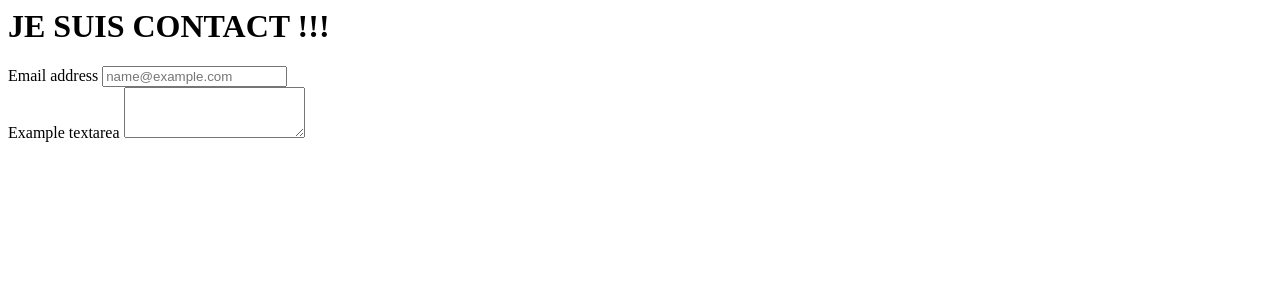
Repository: fabiocodedev/ExoJ2E
Page: http://localhost/j2e/vue/contact.jsp
An editor plug-in stored every save of this project. The page is shown before and after the next save, followed by the edit.
The browser window is 1280 px wide. The pictures show the whole page.
The page is served by Tomcat 9. Other server files are loaded and not shown.

Above is the page before, as saved 2023-03-07 13:08:50.

### j2e/src/main/webapp/vue/contact.jsp

<c:import url="navbar/header.jsp"></c:import>

<div class="container">
	<h1>JE SUIS CONTACT !!!</h1>
</div>
<div class="mb-3">
  <label for="exampleFormControlInput1" class="form-label">Email address</label>
  <input type="email" class="form-control" id="exampleFormControlInput1" placeholder="name@example.com">
</div>
<div class="mb-3">
  <label for="exampleFormControlTextarea1" class="form-label">Example textarea</label>
  <textarea class="form-control" id="exampleFormControlTextarea1" rows="3"></textarea>
</div>

<c:import url="navbar/footer.jsp"></c:import>

After the next save:
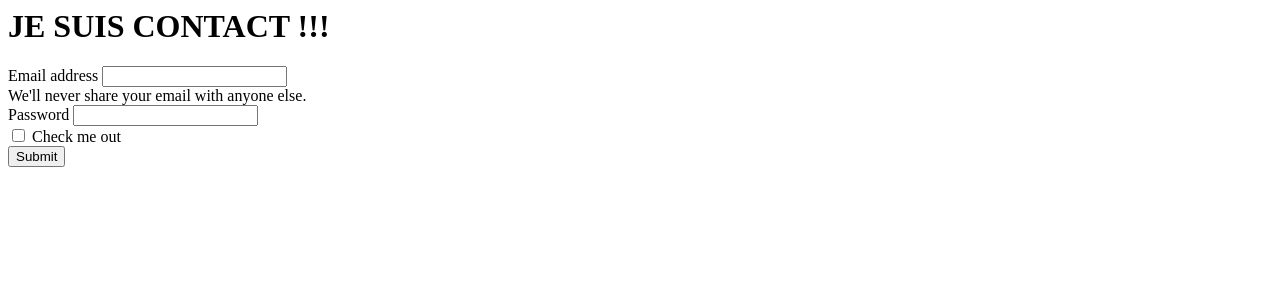
Saved 34 min 22 s later.
--- a/j2e/src/main/webapp/vue/contact.jsp
+++ b/j2e/src/main/webapp/vue/contact.jsp
@@ -4,13 +4,21 @@
 <div class="container">
 	<h1>JE SUIS CONTACT !!!</h1>
 </div>
-<div class="mb-3">
-  <label for="exampleFormControlInput1" class="form-label">Email address</label>
-  <input type="email" class="form-control" id="exampleFormControlInput1" placeholder="name@example.com">
-</div>
-<div class="mb-3">
-  <label for="exampleFormControlTextarea1" class="form-label">Example textarea</label>
-  <textarea class="form-control" id="exampleFormControlTextarea1" rows="3"></textarea>
-</div>
+<form>
+  <div class="mb-3">
+    <label for="exampleInputEmail1" class="form-label">Email address</label>
+    <input type="email" class="form-control" id="exampleInputEmail1" aria-describedby="emailHelp">
+    <div id="emailHelp" class="form-text">We'll never share your email with anyone else.</div>
+  </div>
+  <div class="mb-3">
+    <label for="exampleInputPassword1" class="form-label">Password</label>
+    <input type="password" class="form-control" id="exampleInputPassword1">
+  </div>
+  <div class="mb-3 form-check">
+    <input type="checkbox" class="form-check-input" id="exampleCheck1">
+    <label class="form-check-label" for="exampleCheck1">Check me out</label>
+  </div>
+  <button type="submit" class="btn btn-primary">Submit</button>
+</form>
 
 <c:import url="navbar/footer.jsp"></c:import>
